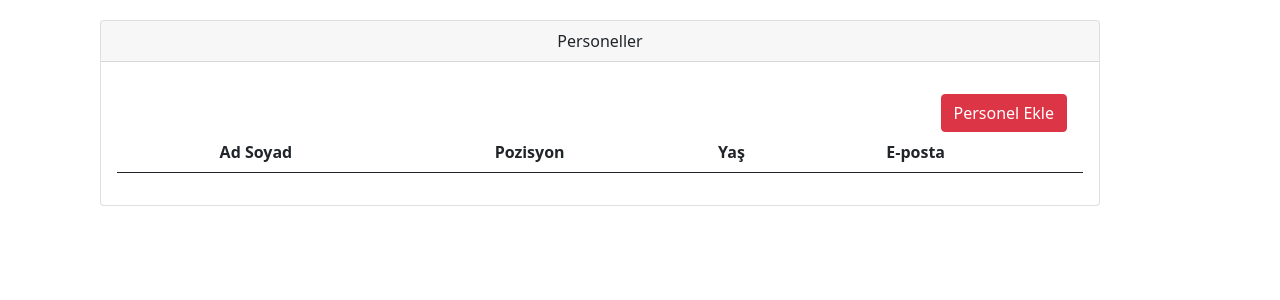
Repository: okankrdg/ReactCoreCRUD
Page: /employee/index (app in ReactCoreCRUD.Web/client/)
These files come from the project's save history. The page is drawn as it stood at one moment and after the next save; the edit follows.
The browser window is 1280 px wide. The pictures show the whole page.
The page's requests for data from a server got no answer. The project was rebuilt for these pictures with package versions that can differ from the ones it lists, and the page was loaded fresh each time. No one was signed in, and anything a server would have sent is missing. Also part of the build but not shown: ReactCoreCRUD.Web/client/src/pages/Employee/createOrEdit.tsx, ReactCoreCRUD.Web/client/src/pages/Exception/index.tsx.

Above is the page before, as saved 2021-10-10 22:25:24.

### ReactCoreCRUD.Web/client/src/index.tsx
import React from "react";
import ReactDOM from "react-dom";
import "./index.css";
import App from "./App";
import { Router } from "react-router-dom";
import "./dist/bootstrap/bootstrap.min.css";
import history from "./history.js";
ReactDOM.render(
  <React.StrictMode>
    <Router history={history}>
      <App />
    </Router>
  </React.StrictMode>,
  document.getElementById("root")
);

### ReactCoreCRUD.Web/client/src/index.css
body {
  margin: 0;
  font-family: -apple-system, BlinkMacSystemFont, 'Segoe UI', 'Roboto', 'Oxygen',
    'Ubuntu', 'Cantarell', 'Fira Sans', 'Droid Sans', 'Helvetica Neue',
    sans-serif;
  -webkit-font-smoothing: antialiased;
  -moz-osx-font-smoothing: grayscale;
}

code {
  font-family: source-code-pro, Menlo, Monaco, Consolas, 'Courier New',
    monospace;
}
.employeeForm{
      padding: 20px;
      text-align: left;
      border: 2px solid #e5e3e3;
      box-shadow: 3px 3px 3px rgna(1,1,1,1);
      box-shadow: rgb(0 0 0 / 35%) 0px 5px 15px;

}
.App{
  text-align: center;
    display: flex;
    justify-content: center;
    max-width: 1200px;
    margin-top: 20px;
}
.employee-index{
  width: 80%;
  box-shadow: rgb(0 0 0 / 35%) 0px 5px 15px;
}

### ReactCoreCRUD.Web/client/src/App.tsx
import { Switch, Route } from "react-router-dom";
import CreateOrEdit from "./pages/Employee/createOrEdit";
import Index from "./pages/Employee";
import Exception from "./pages/Exception/index";
import "./App.css";

function App() {
  return (
    <div className="App">
      <Switch>
        <Route path="/employee/edit/:id" component={CreateOrEdit} />
        <Route path="/employee/create" component={CreateOrEdit} />
        <Route path="/employee/index" component={Index} />
        <Route path="/exception/type=:type" component={Exception} />
      </Switch>
    </div>
  );
}

export default App;

### ReactCoreCRUD.Web/client/src/pages/Employee/index.tsx
import { useState, useEffect } from "react";
import {
  employeeService,
  EmployeeIndexDTO,
} from "../../services/EmployeeService";
import { Table, Button } from "react-bootstrap";
import { useHistory } from "react-router-dom";

function Index() {
  const [employees, setEmployees] = useState<EmployeeIndexDTO[]>([]);
  const history = useHistory();
  useEffect(() => {
    employeeService
      .getAll()
      .then((response) => {
        setEmployees(response.data);
      })
      .catch((e) => {
        console.log(e);
      });
  }, []);
  const deleteRow = (id: number) => {
    console.log(id);
    employeeService.delete(id).then((response) => {
      console.log(response);
      if (response.status === 200) {
        setEmployees(employees.filter((e) => e.id !== id));
      }
    });
  };
  return (
    <div className="card col-md-10">
      <div className="card-header">Personeller</div>
      <div className="card-body">
        <div className="">
          <div className="d-flex justify-content-end me-3 mt-3">
            <Button
              variant="danger"
              onClick={() => history.push("/employee/create")}
            >
              Personel Ekle
            </Button>
          </div>
          <Table hover responsive>
            <thead>
              <tr>
                <th>Ad Soyad</th>
                <th className="d-none d-sm-table-cell">Pozisyon</th>
                <th className="d-none d-sm-table-cell">Yaş</th>
                <th className="d-none d-md-table-cell">E-posta</th>
                <th></th>
              </tr>
            </thead>
            <tbody>
              {employees.map((pt, index) => {
                return (
                  <tr key={index}>
                    <td>{pt.firstName + pt.lastName}</td>
                    <td className="d-none d-sm-table-cell">
                      {pt.employeeTypeName}
                    </td>
                    <td className="d-none d-sm-table-cell">{pt.age}</td>
                    <td className="d-none d-md-table-cell">{pt.email}</td>
                    <td>
                      <Button
                        variant="primary"
                        className="mx-1"
                        onClick={() => history.push("/employee/edit/" + pt.id)}
                      >
                        Güncelle
                      </Button>
                      <Button variant="danger" onClick={() => deleteRow(pt.id)}>
                        Sil
                      </Button>
                    </td>
                  </tr>
                );
              })}
            </tbody>
          </Table>
        </div>
      </div>
    </div>
  );
}

export default Index;

### ReactCoreCRUD.Web/client/src/services/EmployeeService.ts
import axios from "axios";
import history from "../history";

export interface EmployeeDTO {
  firstName: string;
  lastName: string;
  birthDate: string;
  email: string;
  employeeTypeId: number | undefined;
}
export interface EmployeeIndexDTO {
  id: number;
  firstName: string;
  lastName: string;
  age?: number;
  email: string;
  employeeTypeName: string;
}
export interface EmployeeType {
  id: string;
  name: string;
}
const baseUrl = `/api/`;
const http = axios.create({
  baseURL: baseUrl,
  headers: {
    "Content-type": "application/json",
  },
});

const getAll = () => {
  return http.get<EmployeeIndexDTO[]>("employee");
};
const getById = (id: number) => {
  return http.get<EmployeeDTO>(`employee?id=${id}`);
};
const create = (model: EmployeeDTO) => {
  return http.post<EmployeeDTO>("employee", model);
};
const update = (model: EmployeeDTO, id: number) => {
  return http.put<EmployeeDTO>("employee", { ...model, id });
};
const _delete = (id: number) => {
  return http.delete(`employee?id=${id}`);
};
const getEmployeeTypes = () => {
  return http.get<EmployeeType[]>("employeeTypes");
};
http.interceptors.response.use(
  (response) => {
    return response;
  },
  (error) => {
    if (!error.response || typeof error.response.data !== "object") {
      setTimeout(() => {}, 1000);
      return Promise.reject(error);
    }
    const { status, config, data } = error.response;
    console.log(status, config, data);
    if (config.method === "get") {
      if (status === 401) {
        history.push("/exception/type=401");
      } else if (status === 403) {
        history.push("/exception/type=403");
      } else if (status === 404) {
        history.push("/exception/type=404");
      } else if (status === 500) {
        history.push("/exception/type=500");
      }
    }
  }
);
export const employeeService = {
  getAll,
  getById,
  create,
  update,
  delete: _delete,
  getEmployeeTypes,
};

Loaded but not shown: ReactCoreCRUD.Web/client/public/index.html (common file); ReactCoreCRUD.Web/client/src/dist/bootstrap/bootstrap.min.css (library); ReactCoreCRUD.Web/client/src/history.js (common file); ReactCoreCRUD.Web/client/src/App.css (common file)

After the next save:
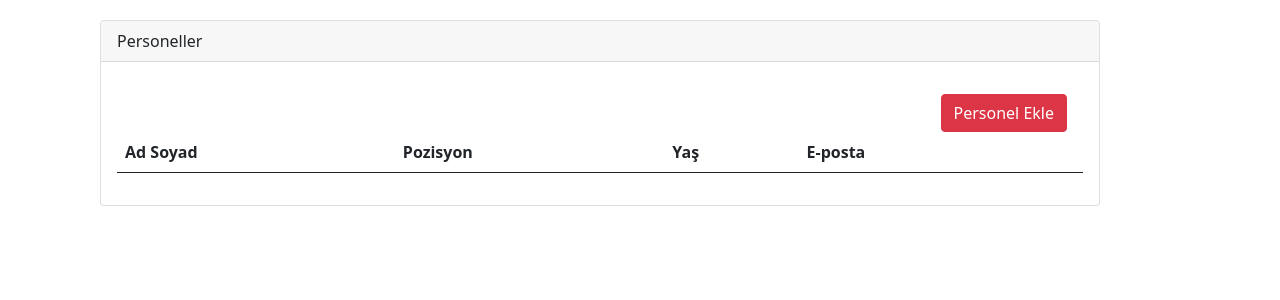
Saved 32 s later.
--- a/ReactCoreCRUD.Web/client/src/pages/Employee/index.tsx
+++ b/ReactCoreCRUD.Web/client/src/pages/Employee/index.tsx
@@ -29,7 +29,7 @@ function Index() {
     });
   };
   return (
-    <div className="card col-md-10">
+    <div className="card col-md-10 text-start">
       <div className="card-header">Personeller</div>
       <div className="card-body">
         <div className="">
